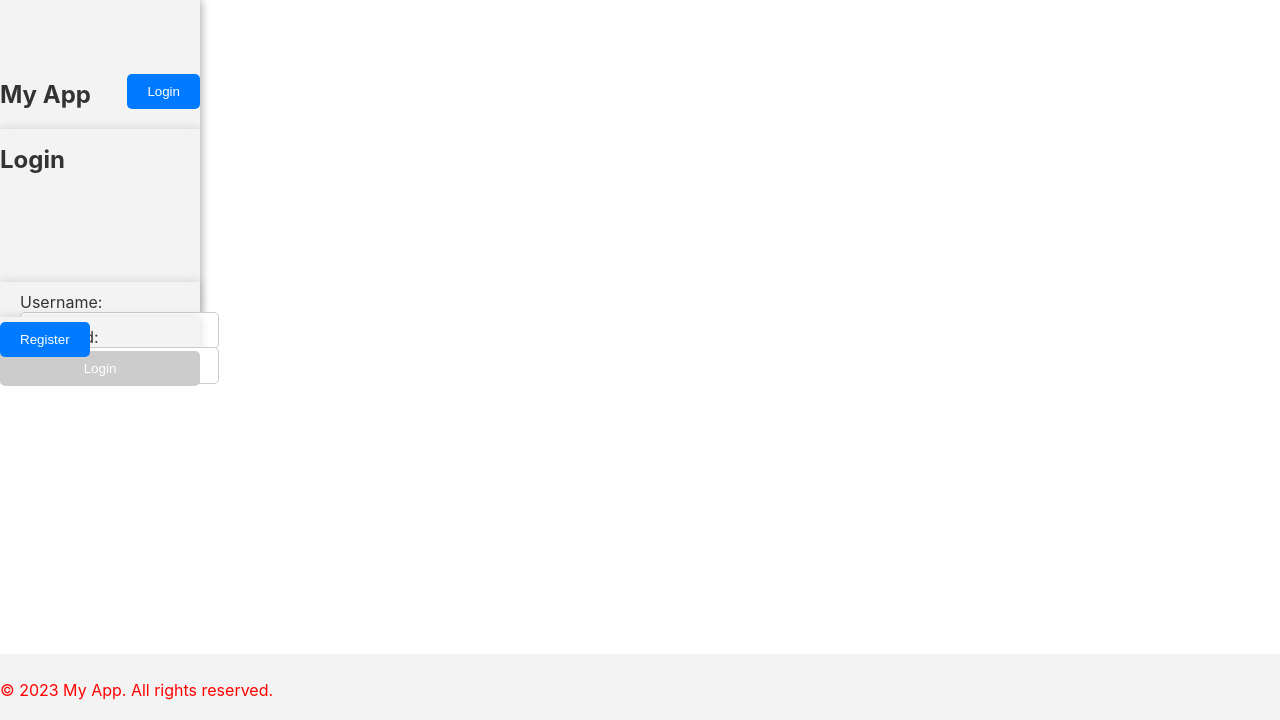
Repository: iMlearnDinG/react-app-v2
Page: /login
An editor plug-in stored every save of this project. The page is shown before and after the next save, followed by the edit.
The browser window is 1280 px wide. The pictures show the whole page.
The page's requests for data from a server got no answer. The project was rebuilt for these pictures with package versions that can differ from the ones it lists, and the page was loaded fresh each time. No one was signed in, and anything a server would have sent is missing. Also part of the build but not shown: src/components/Register.js, src/components/Lobby.js, src/components/Game.js, src/components/Menu.js.

Above is the page before, as saved 2023-07-19 02:10:54.

### src/index.js
import React from 'react';
import ReactDOM from 'react-dom/client';
import './index.css';
import App from './App';
import reportWebVitals from './reportWebVitals';

ReactDOM.createRoot(document.getElementById('root')).render(
  <React.StrictMode>
    <App />
  </React.StrictMode>,
);

// If you want to start measuring performance in your app, pass a function
// to log results (for example: reportWebVitals(console.log))
// or send to an analytics endpoint. Learn more: https://bit.ly/CRA-vitals
reportWebVitals();

### src/App.js
import React, { useContext, useEffect } from 'react';
import { BrowserRouter as Router, Routes, Route, useNavigate } from 'react-router-dom';
import { AuthProvider, AuthContext } from './config/AuthContext';
import Login from './components/Login';
import Register from './components/Register';
import Lobby from './components/Lobby';
import Game from './components/Game';
import Menu from './components/Menu';
import Navbar from './components/Navbar'
import SessionRenewal from './SessionRenewal';

function PrivateRoute({ children }) {
  const { user, loading } = useContext(AuthContext);
  const navigate = useNavigate();

  useEffect(() => {
    if (!loading && !user) {
      navigate('/login', { replace: true });
    }
  }, [loading, user, navigate]);

  if (loading) {
    return <div>Loading...</div>;
  }

  if (!user) {
    return null;
  }

  return children;
}

function App() {
  return (
    <Router>
      <div className="App">
        <AuthProvider>
          <Navbar />
          <Routes>
            <Route path="/" element={<Login />} />
            <Route path="/login" element={<Login />} />
            <Route path="/register" element={<Register />} />
            <Route path="/lobby" element={<PrivateRoute><Lobby /></PrivateRoute>} />
            <Route path="/game" element={<PrivateRoute><Game /></PrivateRoute>} />
            <Route path="/menu" element={<PrivateRoute><Menu /></PrivateRoute>} />
          </Routes>
        </AuthProvider>
      </div>
    </Router>
  );
}

export default SessionRenewal(App);

### src/config/AuthContext.js
import React, { createContext, useState, useEffect } from 'react';

export const AuthContext = createContext();

export function AuthProvider({ children }) {
  const [user, setUser] = useState(null);
  const [loading, setLoading] = useState(true);

  useEffect(() => {
    // Fetch the current user from the server and update state
    const fetchUser = async () => {
      const response = await fetch(`${process.env.REACT_APP_API_BASE_URL}/auth`, {
        credentials: 'include',
      });
      const data = await response.json();
      if (data.success) {
        setUser(data.data.user);
      }
      setLoading(false);
    };
    fetchUser();
  }, []);

  const value = { user, setUser, loading };

  return <AuthContext.Provider value={value}>{children}</AuthContext.Provider>;
}

### src/components/Login.js
import React, { useState, useContext } from 'react';
import { useNavigate } from 'react-router-dom';
import { AuthContext } from '../config/AuthContext';
import "../css/login.css"

function Login() {
  const navigate = useNavigate();
  const { setUser } = useContext(AuthContext);
  const [username, setUsername] = useState('');
  const [password, setPassword] = useState('');
  const [isSubmitting, setIsSubmitting] = useState(false);
  const [error, setError] = useState(null);

  const handleSubmit = async (e) => {
    e.preventDefault();
    setIsSubmitting(true);
    setError(null);

    const response = await fetch(`${process.env.REACT_APP_API_BASE_URL}/login`, {
      method: 'POST',
      headers: { 'Content-Type': 'application/json' },
      body: JSON.stringify({ username, password }),
      credentials: 'include',
    });

    const data = await response.json();
    setIsSubmitting(false);
    if (data.success) {
      setUser(data.data.user);
      navigate('/menu');
    } else {
      setError(data.error);
    }
  };


  const handleInputChange = async (e) => {
    const { name, value } = e.target;
    if (name === 'username') {
      setUsername(value);
    } else if (name === 'password') {
      setPassword(value);
    }
  };

  const isFormValid = username !== '' && password !== '';

  const handleRegisterClick = async () => {
    navigate('/register');
  };

  return (
    <div>
      <h1>Login</h1>
      {error && <p>{error}</p>}
      <form onSubmit={handleSubmit}>
        <div>
          <label htmlFor="username">Username:</label>
          <input
            type="text"
            id="username"
            name="username"
            value={username}
            onChange={handleInputChange}
          />
        </div>
        <div>
          <label htmlFor="password">Password:</label>
          <input
            type="password"
            id="password"
            name="password"
            value={password}
            onChange={handleInputChange}
          />
        </div>
        <button type="submit" disabled={!isFormValid || isSubmitting}>
          Login
        </button>
      </form>
      <button onClick={handleRegisterClick}>Register</button>
    </div>
  );
}

export default Login;

### src/components/Navbar.js
import React, { useContext } from 'react';
import { useNavigate } from 'react-router-dom';
import { AuthContext } from '../config/AuthContext.js';
import axios from 'axios';
import '../css/navbar.css'

const Navbar = () => {
  const navigate = useNavigate();
  const { user, setUser } = useContext(AuthContext);

  const handleLogout = async () => {
    try {
      const res = await axios.post(`${process.env.REACT_APP_API_BASE_URL}/logout`, {}, {
        withCredentials: true,
      });

      if (res.data.success) {
        setUser(null);
        navigate('/login');
      } else {
        console.error(res.data.error);
      }
    } catch (error) {
      console.error(error);
    }
  };

  return (
    <div>
      <header >
        <h1>My App</h1>
        {user && (
          <button onClick={handleLogout}>Logout</button>
        )}
        {!user && (
          <button onClick={() => navigate('/login')}>Login</button>
        )}
      </header>

      <footer>
        <p>© 2023 My App. All rights reserved.</p>
      </footer>
    </div>
  );
};

export default Navbar;

### src/SessionRenewal.js
import React, { useEffect, useRef } from 'react';

function SessionRenewal(WrappedComponent) {
  return function WrappedWithSessionRenewal(props) {
    const activityDetected = useRef(false);

    useEffect(() => {
      let timeoutId;

      const renewSession = () => {
        fetch('/api/renew-session', {
          method: 'POST',
          credentials: 'include', // Include cookies in the request
        })
        .then(res => res.json())
        .then((data) => {
          if (!data.success) {
            console.error('Session renewal failed:', data.error);
          }
        })
        .catch((error) => {
          console.error('Error:', error);
        });
      };

      const resetTimeout = () => {
        console.log('User activity detected');
        if (timeoutId) {
          clearTimeout(timeoutId);
        }
        timeoutId = setTimeout(renewSession, 1); // 5 minutes
      };

      const activityHandler = () => {
        activityDetected.current = true;
      };

      window.addEventListener('mousemove', activityHandler);
      window.addEventListener('keydown', activityHandler);
      window.addEventListener('click', activityHandler);
      window.addEventListener('input', activityHandler);

      const intervalId = setInterval(() => {
        if (activityDetected.current) {
          resetTimeout();
          activityDetected.current = false;
        }
      }, 225000);

      return () => {
        window.removeEventListener('mousemove', activityHandler);
        window.removeEventListener('keydown', activityHandler);
        window.removeEventListener('click', activityHandler);
        window.removeEventListener('input', activityHandler);
        clearTimeout(timeoutId);
        clearInterval(intervalId);
      };
    }, []);

    return <WrappedComponent {...props} />;
  };
}

export default SessionRenewal;

### src/css/login.css
div {
    display: flex;
    flex-direction: column;
    align-items: center;
    justify-content: center;
    height: 2vh;
    padding: 20px;
    background-color: #F3F3F3;
  }

  h1 {
    margin-bottom: 20px;
    color: #333;
    font-size: 28px;
  }

  p {
    color: red;
    margin-bottom: 10px;
  }

  form {
    display: flex;
    flex-direction: column;
    width: 200px;
    height: 40px;
    margin-top: 15vh;
  }

  div label {
    margin-bottom: 5px;
    color: #333;
  }

  div input {
    margin-bottom: 70px;
    padding: 10px;
    border: 1px solid #ccc;
    border-radius: 5px;
  }

  button {
    padding: 10px 20px;
    background-color: #007BFF;
    color: #FFF;
    border: none;
    border-radius: 5px;
    cursor: pointer;
    transition: background-color 0.3s ease;
    margin-bottom: 10px;
  }

  button:disabled {
    background-color: #ccc;
  }

  button:hover:not(:disabled) {
    background-color: #0056b3;
  }

### src/css/navbar.css
div {
    display: flex;
    justify-content: space-between;
    align-items: center;
    display: table-row;
    padding: 10px 20px;
    background-color: #F3F3F3;
    box-shadow: 0px 0px 10px 0px rgba(0,0,0,0.15);
  }

  header, footer {
    display: flex;
    justify-content: space-between;
    align-items: center;
    width: 100%;
  }

  header {
    margin-top: 4rem;
  }

  h1 {
    color: #333;
    font-size: 24px;
  }

  button {
    padding: 10px 20px;
    background-color: #007BFF;
    color: #FFF;
    border: none;
    border-radius: 5px;
    cursor: pointer;
    transition: background-color 0.3s ease;
  }

  button:hover {
    background-color: #0056b3;
  }

  footer {
    position: fixed;
    bottom: 0;
    width: 100%;
    background-color: #F3F3F3;
    color: #666;
    text-align: center;
    padding: 10px 0;
  }

Loaded but not shown: public/index.html (common file); src/index.css (common file); src/reportWebVitals.js (common file)

After the next save:
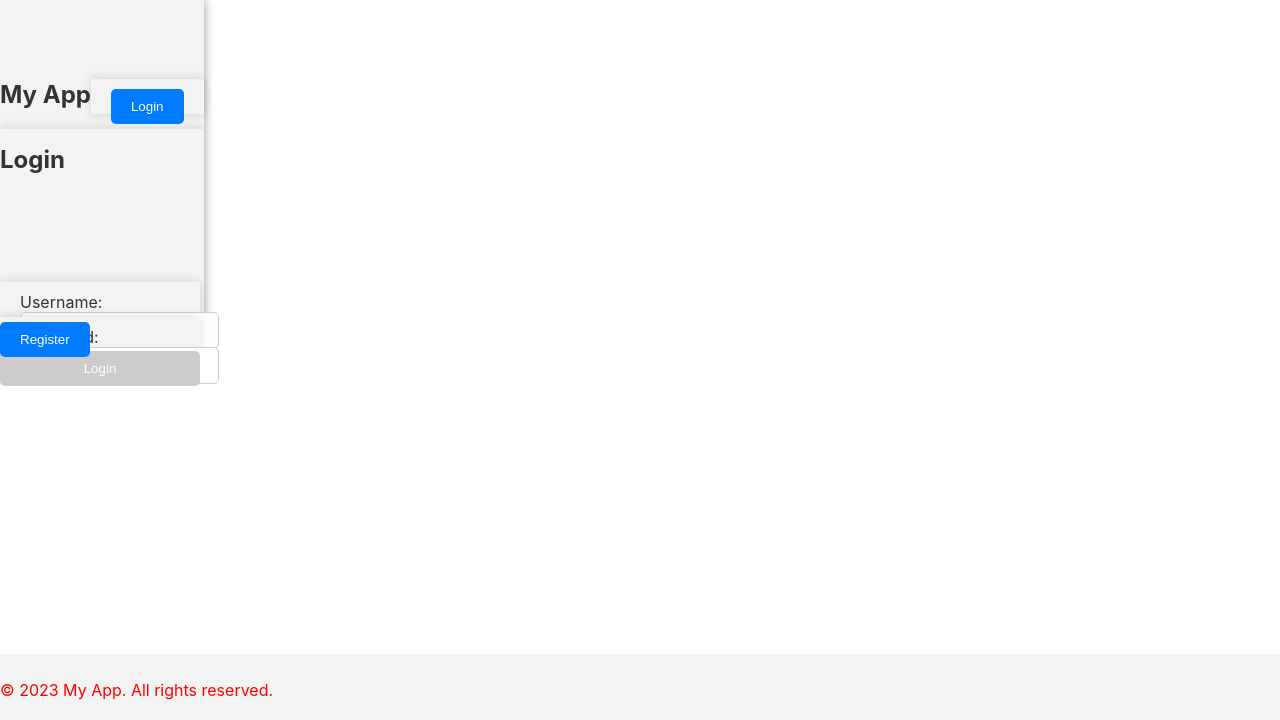
Saved 2 min 31 s later.
--- a/src/components/Navbar.js
+++ b/src/components/Navbar.js
@@ -27,19 +27,21 @@ const Navbar = () => {
 
   return (
     <div>
-      <header >
-        <h1>My App</h1>
+    <header>
+        <h1 class="app-name">My App</h1>
+        <div class="navbar-buttons">
         {user && (
-          <button onClick={handleLogout}>Logout</button>
+            <button onClick={handleLogout}>Logout</button>
         )}
         {!user && (
-          <button onClick={() => navigate('/login')}>Login</button>
+            <button onClick={() => navigate('/login')}>Login</button>
         )}
-      </header>
+        </div>
+    </header>
 
-      <footer>
+    <footer>
         <p>© 2023 My App. All rights reserved.</p>
-      </footer>
+    </footer>
     </div>
   );
 };
